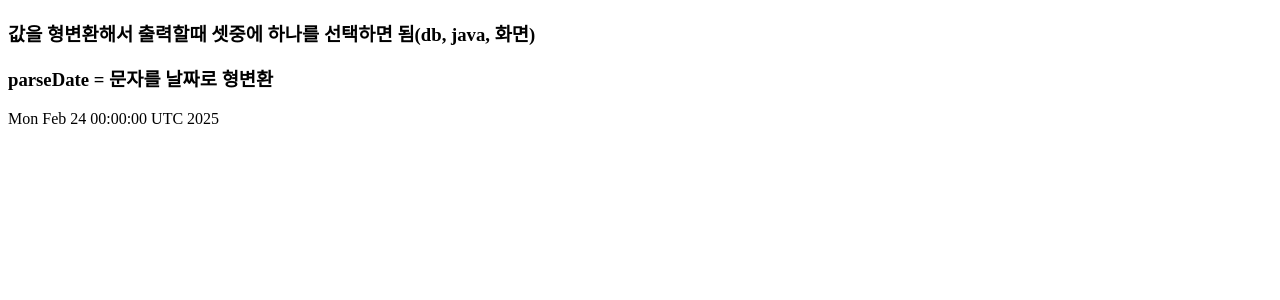
Repository: Muji1412/JSPstudy
Page: http://localhost/JSPbasic/jstl/jstl_fmt.jsp
An editor plug-in stored every save of this project. The page is shown before and after the next save, followed by the edit.
The browser window is 1280 px wide. The pictures show the whole page.
The page is served by Tomcat 9. Nobody is signed in. The application's start-up code is not run.

Above is the page before, as saved 2025-02-24 05:04:42.

After the next save:
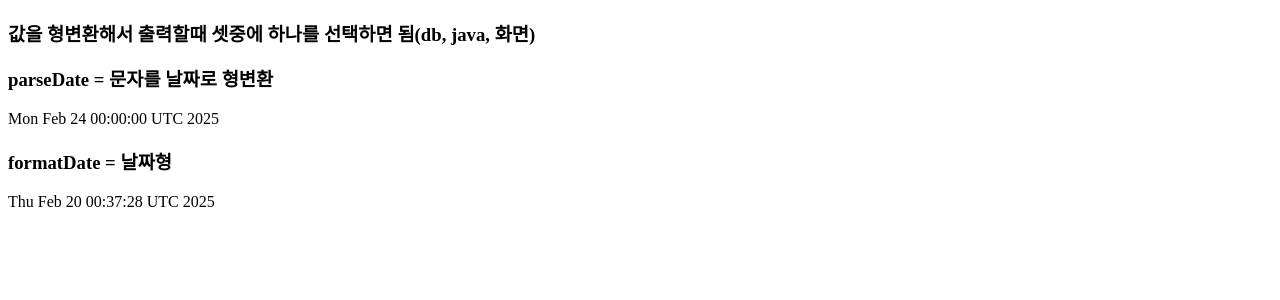
Saved 2 min 21 s later.
--- a/workspace/JSPbasic/src/main/webapp/jstl/jstl_fmt.jsp
+++ b/workspace/JSPbasic/src/main/webapp/jstl/jstl_fmt.jsp
@@ -1,6 +1,8 @@
+<%@page import="java.util.Date"%>
 <%@ page language="java" contentType="text/html; charset=UTF-8"
     pageEncoding="UTF-8"%>
 <%@ taglib  uri="http://java.sun.com/jsp/jstl/fmt" prefix="fmt" %>
+<%@ taglib uri="http://java.sun.com/jsp/jstl/core" prefix="c" %>
 <!DOCTYPE html>
 <html>
 <head>
@@ -16,5 +18,10 @@
 	<fmt:parseDate var = "a" value = "2025/02/24" pattern = "yyyy/MM/dd"></fmt:parseDate>
 	${a }
 
+	<h3>formatDate = 날짜형 </h3>
+
+	<c:set var = "now"  value = "<%=new Date() %>"></c:set>
+	${now }
+
 </body>
 </html>
